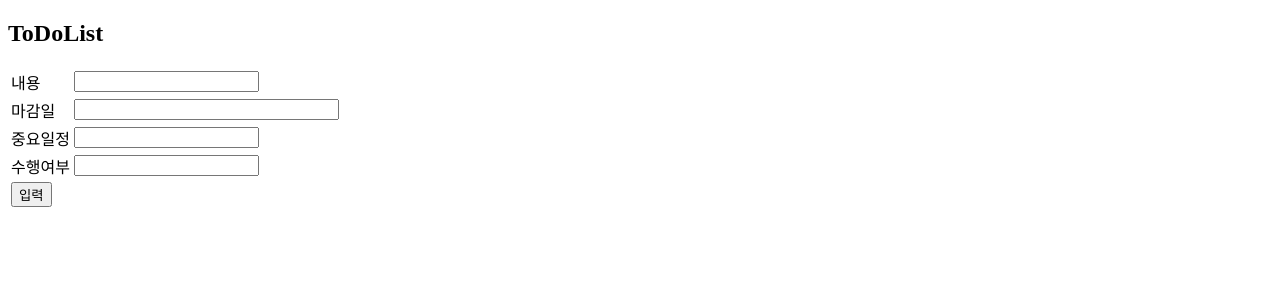
Repository: leesaereum/ToDoList
Page: http://localhost/ToDo/create.jsp
These files come from the project's save history. The page is drawn as it stood at one moment and after the next save; the edit follows.
The browser window is 1280 px wide. The pictures show the whole page.
The page is served by Tomcat 9. Other server files are loaded and not shown.

Above is the page before, as saved 2022-03-29 04:53:10.

### ToDo/src/main/webapp/create.jsp
<%@ page language="java" contentType="text/html; charset=UTF-8"
    pageEncoding="UTF-8"%>
<!DOCTYPE html>
<html>
<head>
<meta charset="UTF-8">
<title>ToDoList작성</title>
</head>
<body>

<h2>ToDoList</h2>
<table border="0">
	<form action="create_list.do" method="post">
		<tr>
			<td>내용</td>
			<td><input type="text" name="content" size="20"></td>
		</tr>
		<tr>
			<td>마감일</td>
			<td><input type="text" name="finishDate" size="30"></td>
		</tr>
		<tr>
			<td>중요일정</td>
			<td><input type="text" name="isImportant" size="20"></td>
		</tr>
		<tr>
			<td>수행여부</td>
			<td><input type="text" name="isDone" size="20"></td>
		</tr>

			<td colspan="2"><input type="submit" value="입력">
		</tr>

	</form>

</table>

</body>
</html>

After the next save:
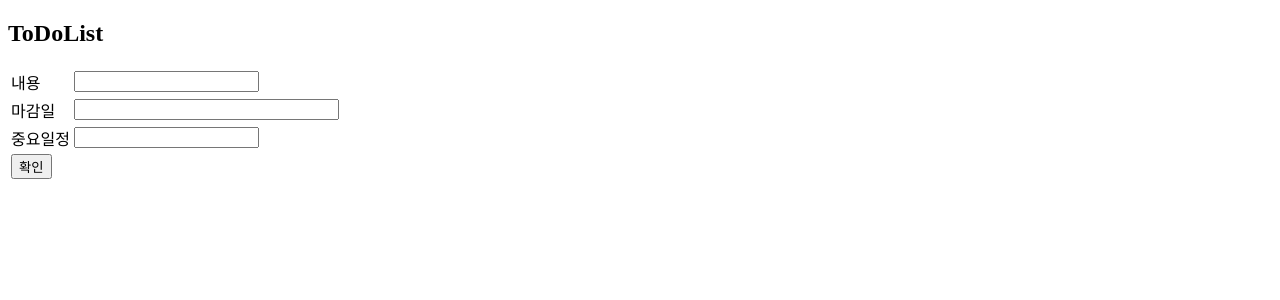
Saved 104 s later.
--- a/ToDo/src/main/webapp/create.jsp
+++ b/ToDo/src/main/webapp/create.jsp
@@ -23,12 +23,8 @@
 			<td>중요일정</td>
 			<td><input type="text" name="isImportant" size="20"></td>
 		</tr>
-		<tr>
-			<td>수행여부</td>
-			<td><input type="text" name="isDone" size="20"></td>
-		</tr>
 
-			<td colspan="2"><input type="submit" value="입력">
+			<td colspan="2"><input type="submit" value="확인">
 		</tr>
 
 	</form>
